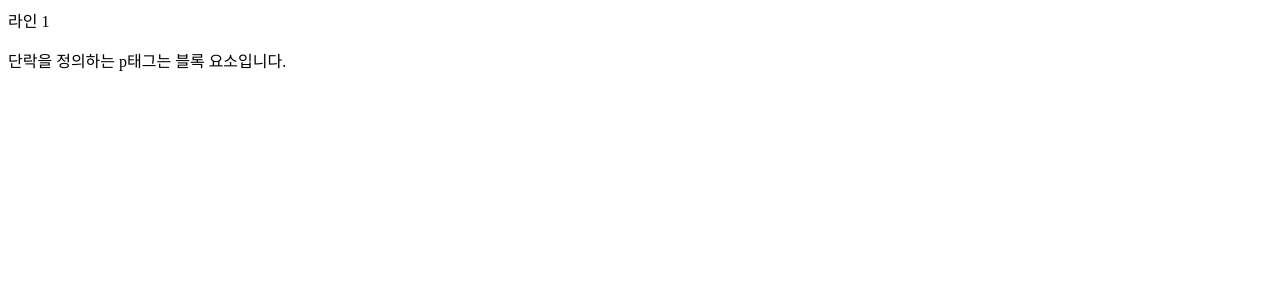
Repository: masima305/html_study
Page: Ex_1220/WebContent/day1/block_inline.html
These files come from the project's save history. The page is drawn as it stood at one moment and after the next save; the edit follows.
The browser window is 1280 px wide. The pictures show the whole page.

Above is the page before, as saved 2017-12-20 02:53:54.

After the next save:
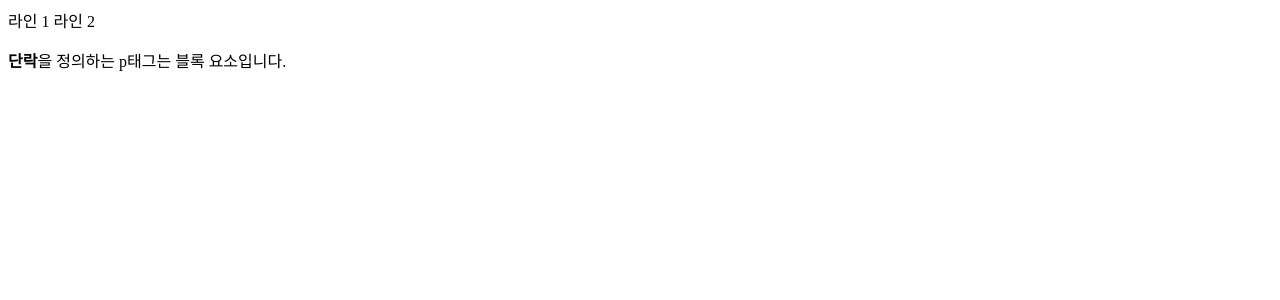
Saved 3 min 3 s later.
--- a/Ex_1220/WebContent/day1/block_inline.html
+++ b/Ex_1220/WebContent/day1/block_inline.html
@@ -6,7 +6,8 @@
 	</head>
 	<body>
 		라인 1
-		<p>단락을 정의하는 p태그는 블록 요소입니다.</p>
+		라인 2
+		<p><b>단락</b>을 정의하는 p태그는 블록 요소입니다.</p>
 		<p></p>
 
 
